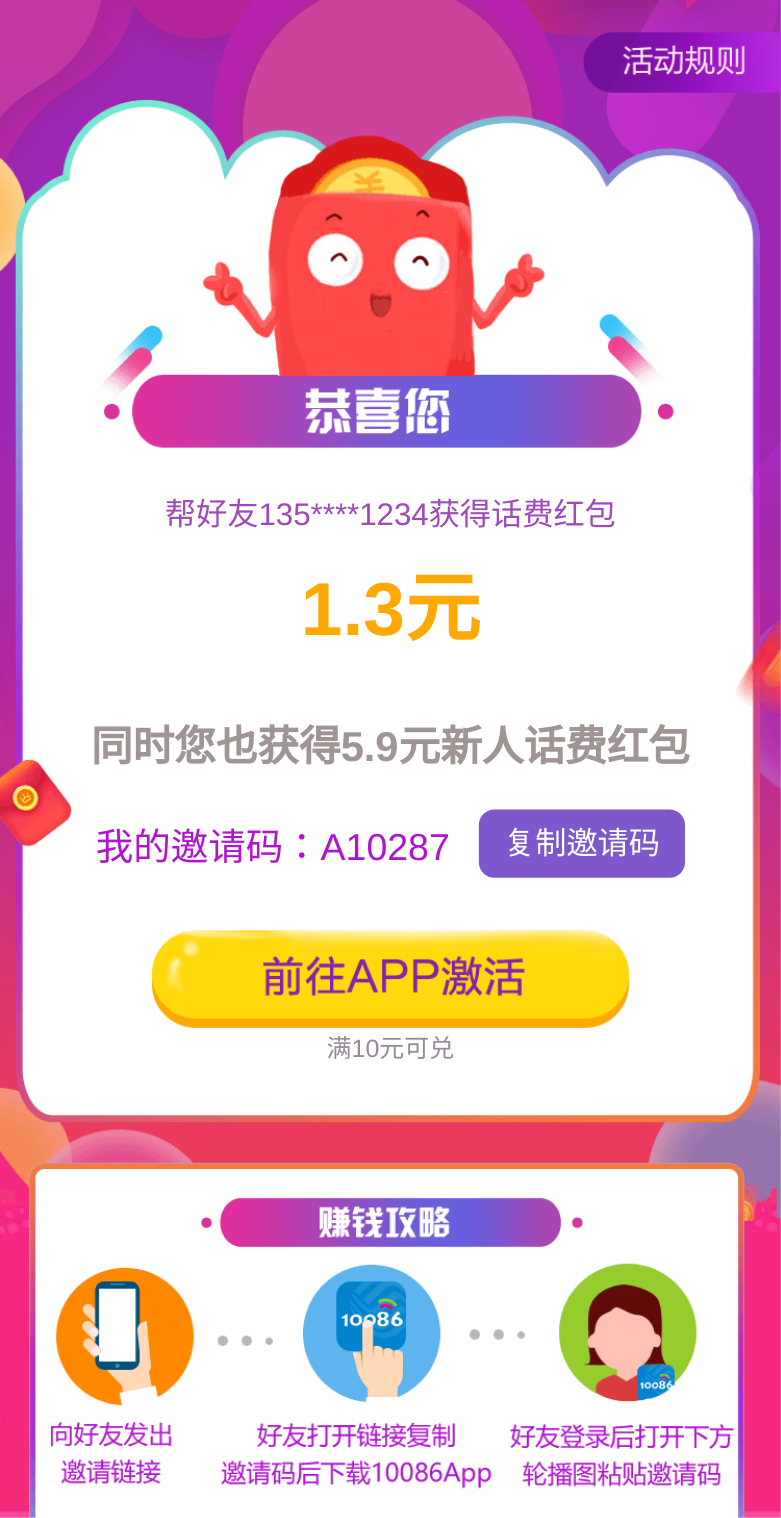
Repository: wangbiaozy/hb
Page: index_success_2.html
An editor plug-in stored every save of this project. The page is shown before and after the next save, followed by the edit.
The browser window is 1280 px wide. The pictures show the whole page, at 61% of full size.

Above is the page before, as saved 2018-08-17 15:01:20.

### index_success_2.html
<!DOCTYPE html>
<html lang="en">
<head>
        <meta charset="UTF-8">
        <meta name="viewport" content="width=device-width, initial-scale=1.0, maximum-scale=1.0, minimum-scale=1.0, user-scalable=no">
        <meta http-equiv="X-UA-Compatible" content="ie=edge">
        <title>Document</title>
        <link rel="stylesheet" href="css/reset.min.css">
        <link rel="stylesheet/less" href="css/styles_3.less">
        <script src="js/less-1.7.0.min.js"></script>
</head>
<body>
    <section class="main">
        <a id="rule_btn" href="javascript:void(0)"></a>
        <div class="con_2">
            <p>帮好友<span>135****1234</span>获得话费红包</p>
            <h3><span>1.3</span>元</h3>
            <p>同时您也获得<span>5.9</span>元新人话费红包</p>
            <div>
                <p>我的邀请码：<span>A10287</span></p>
                <a href="">复制邀请码</a>
            </div>
            <a href=""></a>
            <p>满10元可兑</p>
        </div>
    </section>


    <!-- 活动规则弹窗 -->
    <section class="rule">
        <a href="javascript:void(0)"></a>
        <ul>
            <li>1.活动期间，用户通过10086App开屏页，首页轮播图进入活动，领取10元的话费红包。自己可拆开随机金，剩余金额需分享并邀请好友帮忙拆开，每位可帮忙拆开随机金额，全部拆完即可兑换话费。</li>
            <li>2.邀请拆 红包的好友需为新注册10086App的用户，好友在活动页面输入邀请人的邀请码才能成功帮好友拆开红包，好友帮助拆开红包后同时可获得一个话费红包。</li>
            <li>3.用户需在当前红包全部拆完后，才可开启下一个红包。</li>
            <li>4.活动期间一经发现违规等恶意操作等作弊行为将取消获奖资格。</li>
            <li>5.活动期间，用户需持续下载并的登陆110086App，否则话费奖品无法发放。</li>
        </ul>
        <a href="javascript:void(0)"></a>
    </section>
    <!-- 遮罩层 -->
    <section class="mask" id="mask"></section>
</body>
</html>
<script src="js/jquery-1.10.1.min.js"></script>
<script src="js/index.js"></script>

### css/reset.min.css
@charset "utf-8";
/*默认样式清除和初始化*/
body,h1,h2,h3,h4,h5,h6,hr,p,blockquote,dl,dt,dd,ul,ol,li,button,input,textarea,th,td{margin:0;padding:0}body{font-size:12px;font-style:normal;font-family:"\5FAE\8F6F\96C5\9ED1",Helvetica,sans-serif}small{font-size:12px}h1{font-size:18px}h2{font-size:16px}h3{font-size:14px}h4,h5,h6{font-size:100%}ul,ol{list-style:none}a{text-decoration:none;background-color:transparent}a:hover,a:active{outline-width:0;text-decoration:none}table{border-collapse:collapse;border-spacing:0}hr{border:0;height:1px}img{border-style:none}img:not([src]){display:none}svg:not(:root){overflow:hidden}html{-webkit-touch-callout:none;-webkit-text-size-adjust:100%}input,textarea,button,a{-webkit-tap-highlight-color:rgba(0,0,0,0)}article,aside,details,figcaption,figure,footer,header,main,menu,nav,section,summary{display:block}audio,canvas,progress,video{display:inline-block}audio:not([controls]),video:not([controls]){display:none;height:0}progress{vertical-align:baseline}mark{background-color:#ff0;color:#000}sub,sup{position:relative;font-size:75%;line-height:0;vertical-align:baseline}sub{bottom:-0.25em}sup{top:-0.5em}button,input,select,textarea{font-size:100%;outline:0}button,input{overflow:visible}button,select{text-transform:none}textarea{overflow:auto}button,html [type="button"],[type="reset"],[type="submit"]{-webkit-appearance:button}button::-moz-focus-inner,[type="button"]::-moz-focus-inner,[type="reset"]::-moz-focus-inner,[type="submit"]::-moz-focus-inner{border-style:none;padding:0}button:-moz-focusring,[type="button"]:-moz-focusring,[type="reset"]:-moz-focusring,[type="submit"]:-moz-focusring{outline:1px dotted ButtonText}[type="checkbox"],[type="radio"]{box-sizing:border-box;padding:0}[type="number"]::-webkit-inner-spin-button,[type="number"]::-webkit-outer-spin-button{height:auto}[type="search"]{-webkit-appearance:textfield;outline-offset:-2px}[type="search"]::-webkit-search-cancel-button,[type="search"]::-webkit-search-decoration{-webkit-appearance:none}::-webkit-input-placeholder{color:inherit;opacity:.54}::-webkit-file-upload-button{-webkit-appearance:button;font:inherit}.clear:after{display:block;height:0;content:"";clear:both}
*{ -webkit-tap-highlight-color: rgba(0,0,0,0);-webkit-tap-highlight-color: transparent; /* For some Androids */ }

### js/index.js
(function (doc, win) {
    var docEl = doc.documentElement,
        resizeEvt = 'orientationchange' in window ? 'orientationchange' : 'resize',
        recalc = function () {
            var clientWidth = docEl.clientWidth;
            if (!clientWidth) return;
            docEl.style.fontSize = 100 * (clientWidth / 750) + 'px';
        };
    if (!doc.addEventListener) return;
    win.addEventListener(resizeEvt, recalc, false);
    doc.addEventListener('DOMContentLoaded', recalc, false);
})(document, window);
$(function () {


    //显示非中奖页背景
    function showFirstPageBg(){
        $('.main').removeClass('result');
    }
    //显示中奖页背景
    function showResultPageBg(){
        $('.main').addClass('result');
    }
    //显示活动规则弹窗
    $('#rule_btn').on('click',function(){
        $('.rule').show();
        showMask();
    });
    //关闭活动规则弹窗
    function hideRuleModel(){
        $('.rule').hide();
        hideMask();
    }
    $('.rule').on('click','a',function(){
        hideRuleModel();
    });
    //首页赚钱攻略按钮
    $('#gl_btn').on('click',function(){
        $('.gl').show();
        showMask();
    })
    //首页抽红包按钮
    $('#cj').on('click',function(){
        //奖品金额随机数
        var num = (Math.random()*9+1).toFixed(2);
        $('#moneyText').text(num);
        $('.result').show();
        $('.f_page').hide();
        showResultPageBg();
    });

    //获奖页获奖名单滚动
    var listPanel = $('#J_Activity ul');
    var z = 0;
    function up() {
        listPanel.animate({
            'top': (z - .8) + 'rem'
        }, 1500, 'linear', function () {
            listPanel.css({'top': '0px'}).find("li:first").appendTo(listPanel);
            up();
        });
    }
    up();

    //获取验证码
    function getCodeStyle(btnId) {//btnId->jQ
        var orderTime = 60,
            timeLeft = orderTime,
            btn = btnId;
        function timeCount(){
            timeLeft-=1;
            if (timeLeft>0){
                btn.val(timeLeft+"s重新获取");
                setTimeout(timeCount,1000);
                btn.css({
                    background: '#a2a2a2',
                    color: '#ffffff'
                });
            }
            else {
                btn.val("获取验证码");
                btn.css({
                    background: '#76ca08',
                    color: '#ffffff'
                });
                timeLeft = orderTime;
                btn.removeAttr("disabled");
            }
        }
        btn.on('click', function () {
            $(this).attr("disabled",true);
            timeCount();
        });
    }
    getCodeStyle($('#codeBtn'));

    $('#helpBtn').on('click',function(){
        $('.login').show();
        showMask();
    });

    //显示弹窗
    function showModel(){
        $('.model').show();
        showMask();
    }

    //关闭弹窗
    $('.close').on('click',function(){
        $(this).parent().parent().hide();
        hideMask();
    });
    //显示遮罩层
    function showMask(){
        $("#mask").css("height",$(document).height());
        $("#mask").css("width",$(document).width());
        $("#mask").show();
        $('body').css('position','fixed');
    }
    //隐藏遮罩层
    function hideMask(){
        $("#mask").hide();
        $('body').css('position','unset');
    }
});

Loaded but not shown: js/less-1.7.0.min.js (library); js/jquery-1.10.1.min.js (library)

After the next save:
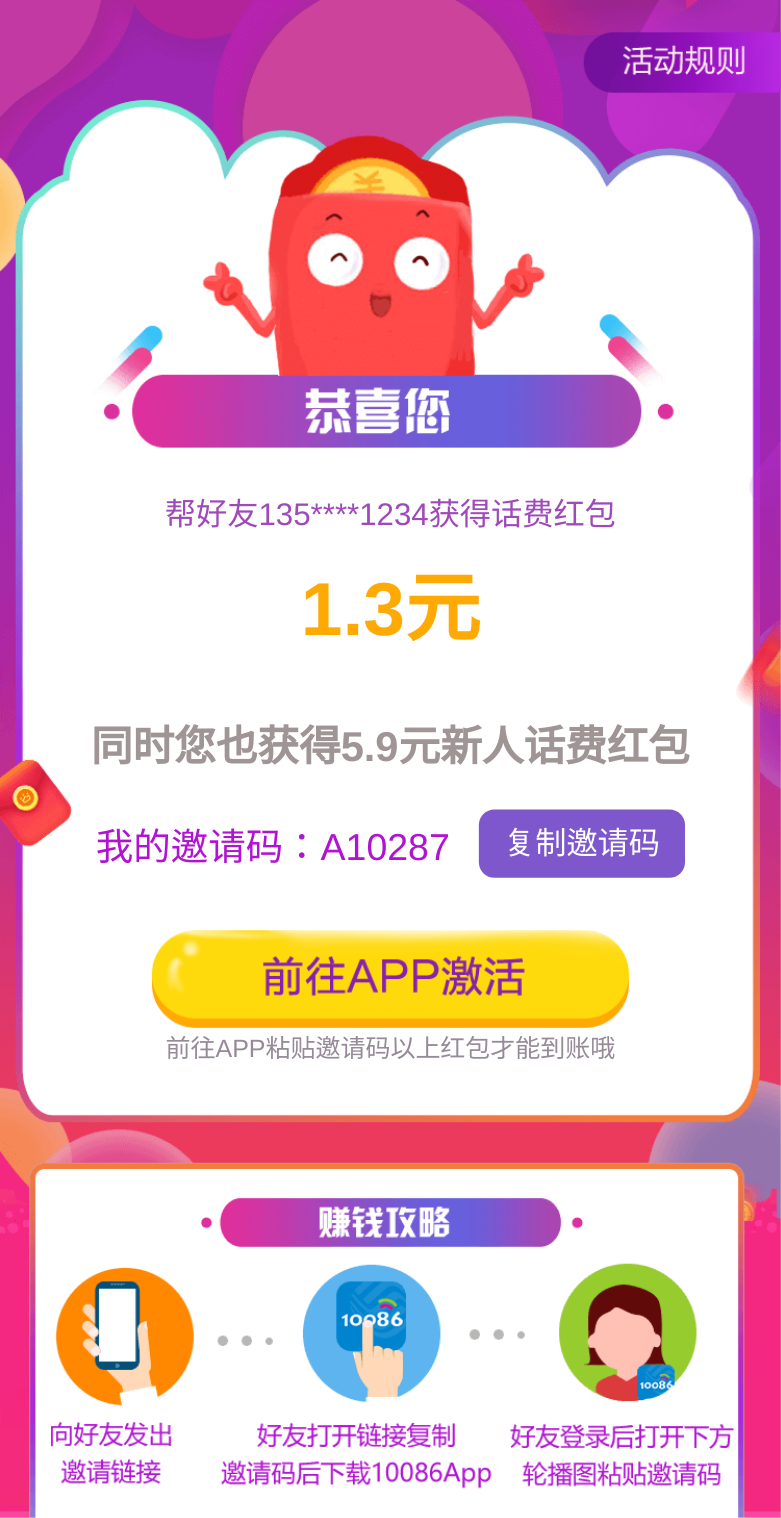
Saved 10 s later.
--- a/index_success_2.html
+++ b/index_success_2.html
@@ -21,7 +21,7 @@
                 <a href="">复制邀请码</a>
             </div>
             <a href=""></a>
-            <p>满10元可兑</p>
+            <p>前往APP粘贴邀请码以上红包才能到账哦</p>
         </div>
     </section>
 
